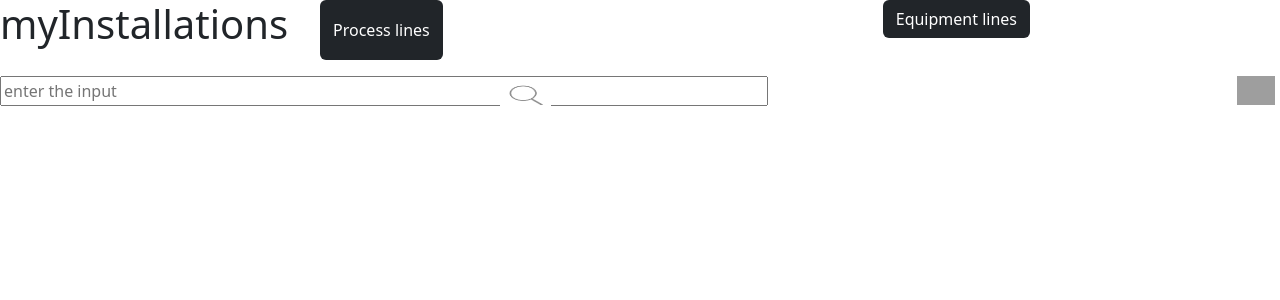
Repository: sreech465/evin3
Page: /pdetails
An editor plug-in stored every save of this project. The page is shown before and after a run of saves, followed by the edit.
The browser window is 1280 px wide. The pictures show the whole page.
Pictures or frames that could not be fetched are drawn as grey boxes. The page's requests for data from a server got no answer. The project was rebuilt for these pictures with package versions that can differ from the ones it lists, and the page was loaded fresh each time. No one was signed in, and anything a server would have sent is missing. Also part of the build but not shown: src/Login.js, src/Display.js, src/Posts.js, src/Pagination.js, src/Details.js, src/Equipment.js, src/process.css, src/Learning.js and 2 more.

Above is the page before, as saved 2022-10-29 18:26:17.

### src/index.js
import React from "react";
import ReactDOM from "react-dom/client";
import "./index.css";
import App from "./App";
import reportWebVitals from "./reportWebVitals";
import { Provider } from "react-redux";
import store from "./store";
import "bootstrap/dist/css/bootstrap.min.css";
const root = ReactDOM.createRoot(document.getElementById("root"));
root.render(
  <React.StrictMode>
    <Provider store={store}>
      <App />
    </Provider>
  </React.StrictMode>
);

// If you want to start measuring performance in your app, pass a function
// to log results (for example: reportWebVitals(console.log))
// or send to an analytics endpoint. Learn more: https://bit.ly/CRA-vitals
reportWebVitals();

### src/App.js
import React from "react";
import { Routes, Route } from "react-router-dom";
import { BrowserRouter } from "react-router-dom";
import Login from "./Login";
import Display from "./Display";
import Details from "./Details";
import Process from "./Process";
import Equipment from "./Equipment";
import Learning from "./Learning";
import ProcessDetails from "./ProcessDetails";
import EquipDetails from "./EquipDetails";

const App = () => {
  return (
    <div className="App">
      <BrowserRouter>
        <Routes>
          <Route path="/" element={<Login />} />
          <Route path="/display" element={<Display />} />
          <Route path="/details" element={<Details />} />
          <Route path="/pdetails" element={<Process />} />
          <Route path="/elearning" element={<Learning />} />
          <Route path="/equipment" element={<Equipment />} />
          <Route path="/pdetails/:id" element={<ProcessDetails />} />
          <Route path="/equipment/:id" element={<EquipDetails />} />
        </Routes>
      </BrowserRouter>
    </div>
  );
};

export default App;

### src/store.js
import { applyMiddleware, createStore } from "redux";
import thunk from "redux-thunk";

import { singleReducer } from "./combineReducer";

const store = createStore(singleReducer, applyMiddleware(thunk));

export default store;

### src/Process.js
import React, { useState, useEffect } from "react";
import { useSelector, useDispatch } from "react-redux";
import { getProcesslines } from "./Actions";
import Headertabs from "./Headertabs";
import { Routes, Route } from "react-router-dom";
import { BrowserRouter } from "react-router-dom";
import Equipment from "./Equipment";
import { Link } from "react-router-dom";
import CustomSearchBar from "./CustomSearchBar";
import "./process.css";

const Process = () => {
  const dispatch = useDispatch();

  const access_token = useSelector(
    (state) => state.LoginReducer.auth.access_token
  );
  console.log(access_token);

  const ProcessData = useSelector((state) => state.ProcessReducer.Data101);
  console.log(ProcessData);

  useEffect(() => {
    dispatch(getProcesslines(access_token));
  }, []);

  const [tab, setTab] = useState("Process Line");
  const tabs = (data) => {
    setTab(data);
  };

  return (
    <>
      <Headertabs />

      <CustomSearchBar data={tab === "Process Line" ? ProcessData : ""} />

      <>
        {ProcessData &&
          ProcessData.data.length > 0 &&
          ProcessData.data.map((element) => {
            return (
              <>
                <table>
                  <thead>
                    <tr>
                      <th>primary product</th>
                      <th>Line</th>
                      <th>Capacity</th>
                      <th>status</th>
                    </tr>
                  </thead>{" "}
                  <tr>
                    {" "}
                    <div style={{ display: "flex", border: "5px solid gray" }}>
                      <td>
                        <img
                          style={{ width: 100, height: 100 }}
                          class="card-img-top"
                          src={
                            element.primary_product_details
                              .primary_product_image
                          }
                          alt="Card image cap"
                        />
                      </td>

                      <td>
                        {" "}
                        <h5 class="card-title">{element.name}</h5>
                      </td>
                      <td>
                        {" "}
                        <p class="card-text">
                          {element.line_capacity} {element.org_location_name}.
                        </p>
                      </td>
                      <td>
                        {" "}
                        <Link to={`/pdetails/${element.id}`}>
                          <button class="btn btn-primary">Details</button>
                        </Link>
                      </td>
                    </div>
                  </tr>
                </table>
              </>
            );
          })}
      </>
      {/* ) : ( "loading" ); */}
    </>
  );
};

export default Process;

### src/combineReducer.js
import { combineReducers } from "redux";
import {
  equipmentReducer,
  equipmentReducer1,
  LoginReducer,
  processReducer,
  processReducer1,
  projectReducer,
} from "./Reducer";

export const singleReducer = combineReducers({
  LoginReducer: LoginReducer,
  ProjectReducer: projectReducer,
  ProcessReducer: processReducer,
  ProcessReducer1: processReducer1,
  EquipmentReducer: equipmentReducer,
  EquipmentReducer1: equipmentReducer1,
});

### src/Actions.js
import axios from "axios";

import {
  LOGIN_SUCESS,
  PROCESS_SUCESS,
  PROJECT_SUCESSC,
  EQUIPMENT_SUCESS,
  EQUIPMENT_SUCESSC,
  PROJECT_SUCESS,
} from "./types";

const apiBaseUrl = "http://52.139.224.15:81/account/";
const adminbaseurl = "http://52.139.224.15:81/";
const baseUrl = "http://52.139.224.15:81/account/login/";

export const loginAction = (username, password, navigate) => {
  console.log(username, password, "action");
  return async (dispatch) => {
    const formData = {
      username: username,
      password: password,
    };

    try {
      await axios.post(baseUrl, formData).then((response) => {
        console.log("response from api", response.data);
        if (response.status == 200) {
          dispatch({ type: LOGIN_SUCESS, payload: response.data });
          navigate("/display");
        }
      });
    } catch (err) {
      console.log(err);
    }
  };
};

export const getProjectDetails = (access_token) => {
  console.log(access_token);
  return async (dispatch) => {
    let config = {
      headers: { Authorization: `Bearer ${access_token}` },
    };

    try {
      await axios
        .get(
          "http://52.139.224.15:81/my_project_list/?search=&page?limit=5&ordering=-id&project_status=&solution_org=",
          config
        )
        .then((response) => {
          console.log("response from api", response);
          if (response.status == 200) {
            dispatch({ type: PROCESS_SUCESS, payload: response.data.results });
          }
        });
    } catch (err) {
      console.log(err);
    }
  };
};

export const getProcesslines = (access_token) => {
  console.log(access_token);
  return async (dispatch) => {
    let config = {
      headers: { Authorization: `Bearer ${access_token}` },
    };

    try {
      await axios
        .get(
          "http://52.139.224.15:81/end_user/process_line/?primary_product=all&org_location=&query=&page=1&sort_by=-id&installed_by=",
          config
        )
        .then((response) => {
          console.log("response from api", response);
          if (response.status == 200) {
            dispatch({ type: PROJECT_SUCESS, payload: response });
          }
        });
    } catch (err) {
      console.log(err);
    }
  };
};

export const getProcesslines1 = (access_token, id) => {
  console.log(access_token);
  console.log(id);

  return async (dispatch) => {
    let config = {
      headers: { Authorization: `Bearer ${access_token}` },
    };

    try {
      await axios
        .get(
          `http://52.139.224.15:81/end_user/process_line/?line_id=${id}`,
          config
        )
        .then((response) => {
          console.log("response from api", response);
          if (response.status == 200) {
            dispatch({ type: PROJECT_SUCESSC, payload: response });
          }
        });
    } catch (err) {
      console.log(err);
    }
  };
};

export const getEquipmentDetails = (access_token) => {
  console.log(access_token);
  return async (dispatch) => {
    let config = {
      headers: { Authorization: `Bearer ${access_token}` },
    };

    try {
      await axios
        .get(
          "http://52.139.224.15:81/tagged_equipment_list/?search=&page=1&ordering=-status&process_line__org_location__name=&process_line__name=&system=&oem_org_id=&process_line__primary_product_ref__name=&equipment_select=&process_line__installed_by=",
          config
        )
        .then((response) => {
          console.log("response from api", response);
          if (response.status == 200) {
            dispatch({ type: EQUIPMENT_SUCESS, payload: response });
          }
        });
    } catch (err) {
      console.log(err);
    }
  };
};

export const getEquipmentDetails1 = (access_token, id) => {
  console.log(access_token);
  console.log(id);
  return async (dispatch) => {
    let config = {
      headers: { Authorization: `Bearer ${access_token}` },
    };

    try {
      await axios
        .get(
          `http://52.139.224.15:81/tagged_equipment_list/?installed_equipment_id=${id}`,
          config
        )
        .then((response) => {
          console.log("response from api", response);
          if (response.status == 200) {
            dispatch({ type: EQUIPMENT_SUCESSC, payload: response });
          }
        });
    } catch (err) {
      console.log(err);
    }
  };
};

### src/Headertabs.js
import React from "react";
import "./styles.css";
import { Link } from "react-router-dom";

const Headertabs = () => {
  return (
    <>
      <div style={{ display: "flex" }}>
        <h1>myInstallations</h1>
        <nav className="nav">
          <ul
            style={{
              textDecoration: "none",
              display: "flex",
              justifyContent: "space-around",
            }}
          >
            <li style={{ listStyleType: "none" }}>
              <Link to="/pdetails">
                <button
                  style={{ height: 60, color: "white" }}
                  className="btn btn-text-white bg-dark"
                >
                  Process lines
                </button>
              </Link>
            </li>
            <li style={{ listStyleType: "none", marginLeft: 440 }}>
              <Link to="/equipment">
                <button
                  style={{ color: "white" }}
                  className="btn btn-text-white bg-dark"
                >
                  Equipment lines
                </button>
              </Link>
            </li>
          </ul>
        </nav>
      </div>
    </>
  );
};

export default Headertabs;

### src/CustomSearchBar.js
import React, { useEffect, useState } from "react";

const CustomSearchBar = (props) => {
  const [array, setArray] = useState([]);
  const [input, setInput] = useState("");
  const [suggestions, setSuggestions] = useState([]);
  useEffect(() => {
    setArray(props.data);
  }, [props.data]);
  const handleSearch = (name) => {
    // console.log(props.tab)
    setInput(name);
  };

  return (
    <>
      <div style={{ display: "flex" }}>
        <input
          style={{ width: "60%", boxShadow: "inherit" }}
          type="text"
          onChange={(name) => {
            handleSearch(name);
          }}
          placeholder="enter the input"
          color="black"
        />

        <div>
          <img
            src="http://52.139.224.15:9090/assets/svg-icon/ic_filter.svg"
            style={{
              width: "3%",
              position: "absolute",
              right: 5,
              WebkitBorderBeforeColor: "darkgrey",
            }}
          />
        </div>

        <div>
          <img
            src="data:[embedded picture, 1318 characters]"
            style={{
              width: "4%",
              height: "4%",
              position: "absolute",
              left: 500,
              marginTop: 5,
            }}
          />
        </div>
      </div>
    </>
  );
};

export default CustomSearchBar;

### src/Reducer.js
import {
  EQUIPMENT_SUCESS,
  EQUIPMENT_SUCESSC,
  LOGIN_SUCESS,
  PROCESS_SUCESS,
  PROJECT_SUCESS,
  PROJECT_SUCESSC,
} from "./types";
const initialState = {
  auth: {
    access_token: "",
    username: "",
    role_permissions: [],
  },
  Data100: "",
};

export const LoginReducer = (state = initialState, action) => {
  // console.log(action);

  switch (action.type) {
    case LOGIN_SUCESS:
      return {
        ...state,

        auth: action.payload,
      };

    default:
      return state;
  }
};

export const projectReducer = (state = initialState, action) => {
  // console.log(action);

  switch (action.type) {
    case PROCESS_SUCESS:
      return {
        ...state,

        Data100: action.payload,
      };

    default:
      return state;
  }
};

export const processReducer = (state = initialState, action) => {
  // console.log(action);

  switch (action.type) {
    case PROJECT_SUCESS:
      return {
        ...state,

        Data101: action.payload,
      };

    default:
      return state;
  }
};

export const processReducer1 = (state = initialState, action) => {
  // console.log(action);

  switch (action.type) {
    case PROJECT_SUCESSC:
      return {
        ...state,

        TOM: action.payload,
      };

    default:
      return state;
  }
};

export const equipmentReducer = (state = initialState, action) => {
  // console.log(action);

  switch (action.type) {
    case EQUIPMENT_SUCESS:
      return {
        ...state,

        Data102: action.payload,
      };

    default:
      return state;
  }
};

export const equipmentReducer1 = (state = initialState, action) => {
  // console.log(action);

  switch (action.type) {
    case EQUIPMENT_SUCESSC:
      return {
        ...state,

        JERRY: action.payload,
      };

    default:
      return state;
  }
};

### src/types.js
export const LOGIN_SUCESS = "LOGIN_SUCESS";
export const PROCESS_SUCESS = "PROCESS_SUCESS";
export const PROJECT_SUCESS = "PROJECT_SUCESS";
export const EQUIPMENT_SUCESS = "EQUIPMENT_SUCESS";
export const EQUIPMENT_SUCESSC = "EQUIPMENT_SUCESSC";
export const PROJECT_SUCESSC = "PROJECT_SUCESSC";

### src/styles.css
* {
    box-sizing: border-box;
}

body {
    margin:0;

}

.nav {
    background-color:'white';
    color:white;
    display: flex;
    justify-content: space-between;
    align-items: center;
    gap: 2rem;
    padding: 0 1rem;
}

.nav a {
    color:inherit
}

Loaded but not shown: public/index.html (common file); src/index.css (common file); src/reportWebVitals.js (common file)

After the next 2 saves:
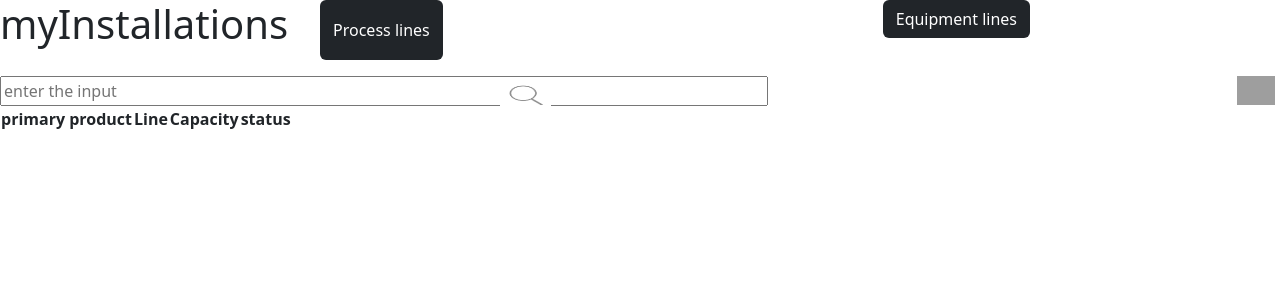
The 2 saves are shown as one change because 1 did not build or start.
The last was saved 7 min 42 s later.
--- a/src/Process.js
+++ b/src/Process.js
@@ -35,60 +35,38 @@ const Process = () => {
 
       <CustomSearchBar data={tab === "Process Line" ? ProcessData : ""} />
 
-      <>
+      <table>
+        <tr>
+          <th>primary product</th>
+          <th>Line</th>
+          <th>Capacity</th>
+          <th>status</th>
+        </tr>
+
         {ProcessData &&
           ProcessData.data.length > 0 &&
           ProcessData.data.map((element) => {
-            return (
-              <>
-                <table>
-                  <thead>
-                    <tr>
-                      <th>primary product</th>
-                      <th>Line</th>
-                      <th>Capacity</th>
-                      <th>status</th>
-                    </tr>
-                  </thead>{" "}
-                  <tr>
-                    {" "}
-                    <div style={{ display: "flex", border: "5px solid gray" }}>
-                      <td>
-                        <img
-                          style={{ width: 100, height: 100 }}
-                          class="card-img-top"
-                          src={
-                            element.primary_product_details
-                              .primary_product_image
-                          }
-                          alt="Card image cap"
-                        />
-                      </td>
+            <tr>
+              <td>
+                <img
+                  src={element.primary_product_details.primary_product_image}
+                />
+              </td>
 
-                      <td>
-                        {" "}
-                        <h5 class="card-title">{element.name}</h5>
-                      </td>
-                      <td>
-                        {" "}
-                        <p class="card-text">
-                          {element.line_capacity} {element.org_location_name}.
-                        </p>
-                      </td>
-                      <td>
-                        {" "}
-                        <Link to={`/pdetails/${element.id}`}>
-                          <button class="btn btn-primary">Details</button>
-                        </Link>
-                      </td>
-                    </div>
-                  </tr>
-                </table>
-              </>
-            );
+              <td>{element.name}</td>
+              <td>
+                {element.line_capacity} {element.org_location_name}.
+              </td>
+              <td>
+                {" "}
+                <Link to={`/pdetails/${element.id}`}>
+                  <button class="btn btn-primary">Details</button>
+                </Link>
+              </td>
+              {/* </div> */}
+            </tr>;
           })}
-      </>
-      {/* ) : ( "loading" ); */}
+      </table>
     </>
   );
 };
